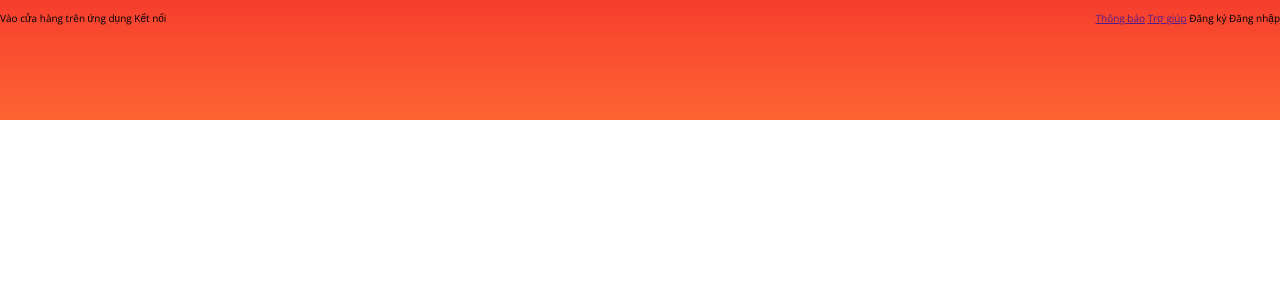
Repository: trongtamdev/Clone-Shopee-Page
Page: index.html
The author's editor kept a copy of each file at every save. The page is drawn from the files as they stood at one save, then again after the next save.
The browser window is 1280 px wide. The pictures show the whole page.

Above is the page before, as saved 2022-07-05 15:49:13.

### index.html
<!DOCTYPE html>
<html lang="en">

<head>
    <meta charset="UTF-8">
    <meta http-equiv="X-UA-Compatible" content="IE=edge">
    <meta name="viewport" content="width=device-width, initial-scale=1.0">
    <title>Document</title>
    <link rel="stylesheet" href="https://cdnjs.cloudflare.com/ajax/libs/normalize/8.0.1/normalize.min.css">
    <link rel="stylesheet" href="assets/css/base.css">
    <link rel="stylesheet" href="assets/css/main.css">
    <link href="https://fonts.googleapis.com/css2?family=Open+Sans:wght@300;400;500;700&display=swap" rel="stylesheet">
</head>
    <div class="app">
        <header class="header">
            <nav class="header__navbar">
                <ul class="header__navbar-list">
                    <li class="header__navbar-item">
                        Vào cửa hàng trên ứng dụng
                    </li>
                    <li class="header__navbar-item">
                        Kết nối
                    </li>
                </ul>

                <ul class="header__navbar-list">
                    <li class="header__navbar-item">
                        <a href="" class="header__navbar-item-link">Thông báo</a>
                    </li>

                    <li class="header__navbar-item">
                        <a href="" class="header__navbar-item-link">Trợ giúp</a>
                    </li>

                    <li class="header__navbar-item">Đăng ký</li>
                    <li class="header__navbar-item">Đăng nhập</li>
                </ul>
            </nav>
        </header>

        <div class="container">

        </div>

        <footer class="footer">

        </footer>
    </div>

<body>

</body>

</html>

### assets/css/base.css
:root {
    --white-color :#fff;
    --back-color :#000;
    --text-color : #333;
}

*{
    box-sizing: inherit;
}

html {
    font-size: 62.5%;
    line-height: 1.6rem;
    font-family: 'Open Sans', sans-serif;;
    box-sizing: border-box;
}

.grid {
    width: 1200px;
    max-width: 100%;
    margin: 0 auto;
}

.grid__full-width {
    width: 100%;
}

.grid__row {
    display: flex;
    flex-wrap: wrap
}

### assets/css/main.css
.header {
    height: 120px;
    background-image: linear-gradient(0, #fe6433, #f53e2d);
}

.header__navbar {
    display: flex;
    justify-content: space-between;
}

.header__navbar-list {
    list-style: none;
    padding: 0;
}

.header__navbar-item {
    display: inline-block;
}

After the next save:
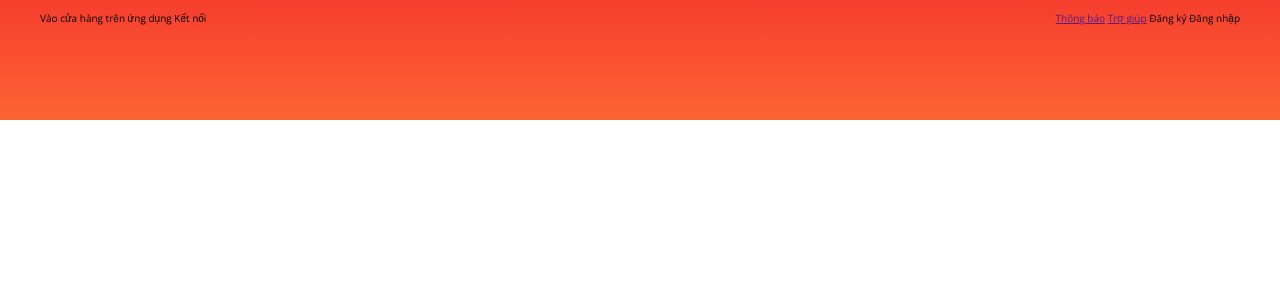
Saved 2 min 5 s later.
--- a/index.html
+++ b/index.html
@@ -13,29 +13,32 @@
 </head>
     <div class="app">
         <header class="header">
-            <nav class="header__navbar">
-                <ul class="header__navbar-list">
-                    <li class="header__navbar-item">
-                        Vào cửa hàng trên ứng dụng
-                    </li>
-                    <li class="header__navbar-item">
-                        Kết nối
-                    </li>
-                </ul>
+            <div class="grid">
+                <nav class="header__navbar">
+                    <ul class="header__navbar-list">
+                        <li class="header__navbar-item">
+                            Vào cửa hàng trên ứng dụng
+                        </li>
+                        <li class="header__navbar-item">
+                            Kết nối
+                        </li>
+                    </ul>
 
-                <ul class="header__navbar-list">
-                    <li class="header__navbar-item">
-                        <a href="" class="header__navbar-item-link">Thông báo</a>
-                    </li>
+                    <ul class="header__navbar-list">
+                        <li class="header__navbar-item">
+                            <a href="" class="header__navbar-item-link">Thông báo</a>
+                        </li>
 
-                    <li class="header__navbar-item">
-                        <a href="" class="header__navbar-item-link">Trợ giúp</a>
-                    </li>
+                        <li class="header__navbar-item">
+                            <a href="" class="header__navbar-item-link">Trợ giúp</a>
+                        </li>
 
-                    <li class="header__navbar-item">Đăng ký</li>
-                    <li class="header__navbar-item">Đăng nhập</li>
-                </ul>
-            </nav>
+                        <li class="header__navbar-item">Đăng ký</li>
+                        <li class="header__navbar-item">Đăng nhập</li>
+                    </ul>
+                </nav>
+            </div>
+
         </header>
 
         <div class="container">
